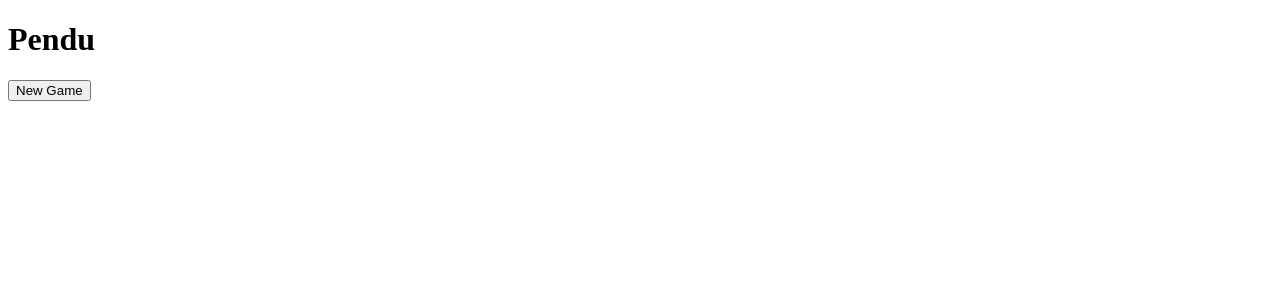
Repository: QuentinFayt/hangmanJs
Page: pendu.html
The author's editor kept a copy of each file at every save. The page is drawn from the files as they stood at one save, then again after the next save.
The browser window is 1280 px wide. The pictures show the whole page.

Above is the page before, as saved 2022-01-21 09:01:47.

After the next save:
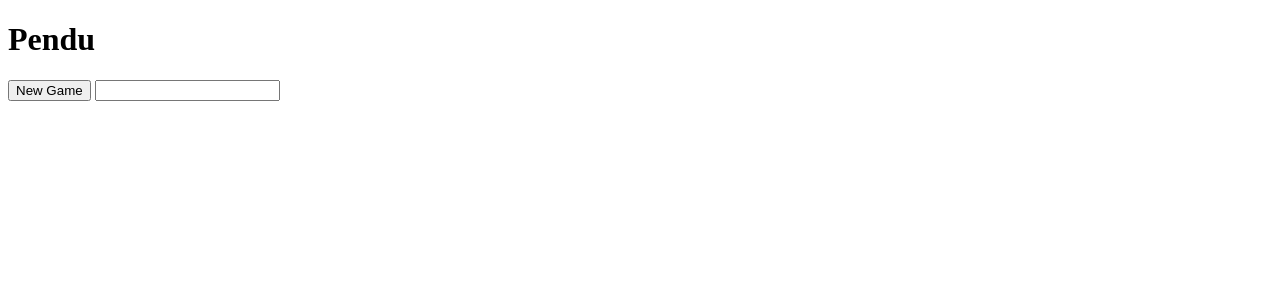
Saved 4 h 30 min later.
--- a/pendu.html
+++ b/pendu.html
@@ -11,7 +11,7 @@
 <body>
     <h1>Pendu</h1>
     <button id="game">New Game</button>
-
+    <input type=text>
     <script src="dictionnary.js"></script>
     <script src="script.js"></script>
 </body>
